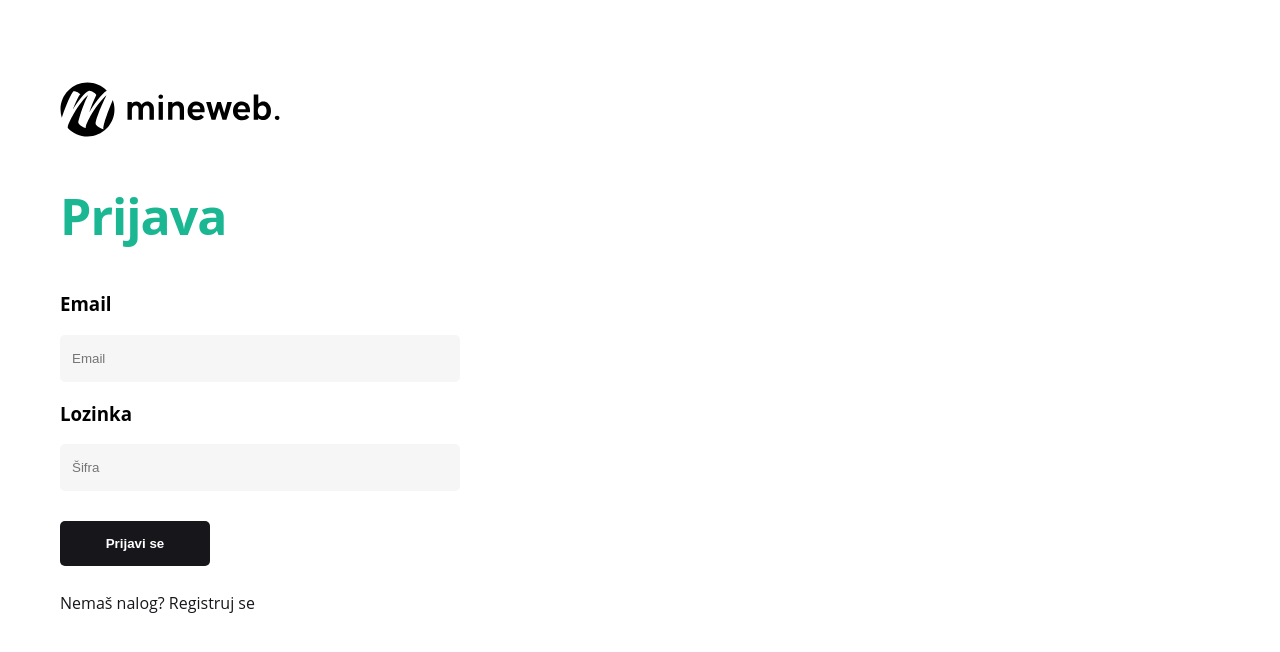
Repository: mihailomitrovic/taskmanager
Page: http://localhost/stranice/prijava.php
An editor plug-in stored every save of this project. The page is shown before and after the next save, followed by the edit.
The browser window is 1280 px wide. The pictures show the whole page.
The page is run by PHP 8.4 with error messages shown; the project is at /var/www/html/.

Above is the page before, as saved 2023-04-20 12:51:42.

### stranice/prijava.php
<?php

require("../konekcija/konekcija.php");
require("../modeli/korisnik.php");

session_start();
if(isset($_POST["button"])) {
    $email = $_POST["email"];
    $lozinka = $_POST["lozinka"];

    $korisnik = new Korisnik(1, "", "", $email, $lozinka);
    $odgovor = Korisnik::prijava($email, $konekcija);
    $rez = $odgovor->fetch_array(MYSQLI_ASSOC);
    $lozinka = $rez["lozinka"] ?? " ";
    $korisnikID = $rez["korisnikID"] ?? " ";

    if (!password_verify($_POST["lozinka"], $lozinka)) {
        echo '<script type="text/javascript">
               window.onload = function () { alert("Pogrešno uneti podaci!"); }
              </script>';
    } else {
        $_SESSION["korisnik"] = $korisnikID;
        setcookie("korisnik", $korisnikID, time() + 3600);
        header("Location: glavna.php");
        exit();
    }
}

?>

<!DOCTYPE html>
<html lang="en">
<head>
    <meta charset="UTF-8">
    <meta http-equiv="X-UA-Compatible" content="IE=edge">
    <meta name="viewport" content="width=device-width, initial-scale=1.0">
    <title>Task Manager - Prijava</title>
    <link href="../style/style.css" rel="stylesheet">
</head>
<body>
    <div id="content">
        <div id = "logocontainer_reg">
            <a href="pocetna.php"><img src="../slike/logo.svg" id="logo"></a>
        </div>

        <h2 id="crvena">Prijava</h2>

        <form class="container" method="post" action="" enctype="multipart/form-data">
            <h3>Email</h3>
            <input type="email" name="email" class="input" placeholder="Email" required>
            <h3>Lozinka</h3>
            <input type="password" name="lozinka" class="input" placeholder="Šifra" required>

            <div class="buttoncontainer">
                <button class="button" name="button" type="submit">Prijavi se</button>
            </div>

            <a href="registracija.php" class="reroute"><p>Nemaš nalog? Registruj se<p></a>
        </form>
    </div>
</body>
</html>

### konekcija/konekcija.php
<?php

$host = "localhost";
$user = "root";
$pass = "";
$db = "taskmanager";

$konekcija = mysqli_connect($host, $user, $pass, $db);

if ($konekcija->errno) {
    exit('Neuspešno povezivanje');
}

### modeli/korisnik.php
<?php

class Korisnik {
    public $korisnikID;
    public $ime;
    public $prezime;
    public $email;
    public $lozinka;

    public function __construct($korisnikID = null, $ime = null, $prezime = null, $email = null, $lozinka = null) {
        $this->korisnikID = $korisnikID;
        $this->ime = $ime;
        $this->prezime = $prezime;
        $this->email = $email;
        $this->lozinka = $lozinka;
    }

    public static function provera($korisnik, mysqli $konekcija)
    {
        $upit = "SELECT * FROM korisnik WHERE email = '$korisnik->email'";
        $korisnik = $konekcija->query($upit);
        return $korisnik;
    }

    public static function prijava($email, mysqli $konekcija) {
        $upit = "SELECT * FROM korisnik WHERE email = '$email'";
        $korisnik = $konekcija->query($upit);
        return $korisnik;
    }

    public static function registracija($ime, $prezime, $email, $lozinka, mysqli $konekcija) {
        $reg = $konekcija->prepare("INSERT INTO korisnik(ime, prezime, email, lozinka) VALUES (?,?,?,?)");
        $reg->bind_param("ssss", $ime, $prezime, $email, $lozinka);
        $reg->execute();
    }
}

?>

### style/style.css
@font-face {
    font-family: "Open Sans", sans-serif;
    src: url('https://fonts.googleapis.com/css2?family=Open+Sans:ital,wght@0,400;0,500;0,700;1,400;1,500&display=swap');
}

::-webkit-scrollbar {
    width: 2px;
}

::-webkit-scrollbar-track {
    border-radius: 10px;
}

::-webkit-scrollbar-thumb {
    background: #f7f7f7;
    border-radius: 10px;
}

.scroller:hover::-webkit-scrollbar-thumb {
    visibility:visible;
    cursor: pointer;
}

body {
    background-color: #ffffff;
    margin: 0;
    border: 0;
    padding: 0;
    font-family: "Open Sans", sans-serif;
    height: 100%;
}

html, body {
    height: 100%;
    overflow: hidden;
}

#logocontainer_reg {
    display: flex;
    width: 220px;
    position: static;
    margin-bottom: 50px;
}

#logo {
    height: 100%;
    width: 100%;
    object-fit: contain;
}

.container {
    display: flex;
    flex-direction: column;
    width: 400px;
}

.input {
    border-radius: 5px;
    height: 45px;
    background-color: #f6f6f6;
    border-width: 0;
}

input {
    text-indent: 10px;
}

.button {
    background: transparent;
    color: #ffffff;
    height: 45px;
    width: 150px;
    border-radius: 5px;
    font-weight: bold;
    border: none;
    cursor: pointer;
    position: relative;
    overflow: hidden;
}

.button::before {
    content: "";
    position: absolute;
    width: 0%;
    height: 100%;
    background-color: #1bb793;
    top: 0;
    left: 0;
    border-radius: 5px;
    z-index: 0;
    transition: all 0.3s;
    z-index: -1;
}

.button:hover:before {
    width: 100%;
}

h2 {
    color: #17161a;
}

h2.title {
    line-height: 1.05;
    letter-spacing: -0.02em;
    font-size: 70px;
    margin-bottom: 0;
}

h2:hover {
    cursor: default;
}

a {
    color: #17161a;
    text-decoration: none;
    margin-top: 20px;
}

a:hover {
    color: #6d6c6f;
}

#nosignupcontainer {
    margin: 0px 0px 40px 30px;
    width: 400px;
}

.buttoncontainer {
    position: relative;
    border-radius: 5px;
    background-color: #17161a;
    height: 45px;
    width: 150px;
    z-index: 0;
    margin-top: 30px;
}

/* POCETNA */

#content {
    margin: 60px 0px 0px 60px;
    flex: 1;
}

#buttonwrapper {
    display: flex;
    flex-direction: row;
    width: 350px;
    justify-content: space-between;
}

.button2 {
    background: transparent;
    color: #ffffff;
    height: 45px;
    width: 150px;
    border-radius: 5px;
    font-weight: bold;
    border: none;
    cursor: pointer;
    position: relative;
    overflow: hidden;
}

.button2::before {
    content: "";
    position: absolute;
    width: 0%;
    height: 100%;
    background-color: #eb7178;
    top: 0;
    right: 0;
    border-radius: 5px;
    z-index: 0;
    transition: all 0.3s;
    z-index: -1;
}

.button2:hover:before {
    width: 100%;
}

#titlecontainer {
    display: flex;
    flex-direction: column;
    justify-content: space-between;
    width: 100px;
    justify-content: space-between;
}

h2.title2 {
    line-height: 1.05;
    letter-spacing: -0.02em;
    font-size: 70px;
    -webkit-text-fill-color: transparent;
    -webkit-text-stroke: 1.3px;
    margin-top: 0;
    margin-bottom: 20px;
}

#content_pocetna {
    margin: 0px 0px 0px 0px;
    display: flex;
    flex-direction: row;
    justify-content: space-between;
    height: 100%;
}

.swirl {
    width: 1400px;
    height: 850px;
    z-index: -1;
}

#logocontainer {
    display: flex;
    width: 220px;
    position: static;
    margin-bottom: 150px;
}

/* REGISTRACIJA */

#zelena {
    line-height: 1.05;
    letter-spacing: -0.02em;
    font-size: 50px;
    margin-bottom: 30px;
    color: #eb7178;
}

/* PRIJAVA */

#logolink {
    margin-top: 0;
}

#crvena {
    line-height: 1.05;
    letter-spacing: -0.02em;
    font-size: 50px;
    margin-bottom: 30px;
    color: #1bb793;
}

.button2b {
    background: transparent;
    color: #ffffff;
    height: 45px;
    width: 150px;

    border-radius: 5px;
    font-weight: bold;
    border: none;
    cursor: pointer;
    position: relative;
    overflow: hidden;
}

.button2b::before {
    content: "";
    position: absolute;
    width: 0%;
    height: 100%;
    background-color: #eb7178;
    top: 0;
    left: 0;
    border-radius: 5px;
    z-index: 0;
    transition: all 0.3s;
    z-index: -1;
}

.button2b:hover:before {
    width: 100%;
}

.reroute {
    margin-top: 10px;
}

/* NAVIGACIJA */

#logocontainer_nav {
    width: 150px;
}

nav {
    display: flex;
    flex-direction: row;
    margin: 20px 30px 30px 30px;
    justify-content: space-between;
}

#linkovi {
    display: flex;
    flex-direction: row;
    justify-content: space-between;
    width: 30%;
    text-align: center;
}

ul {
    list-style-type: none;
    font-size: 18px;
}

#buttoncontainernav {
    border-radius: 5px;
    background-color: #17161a;
    height: 45px;
    width: 150px;
    z-index: 0;
}

/* GLAVNA */

.filterdiv {
    display: flex;
    flex-direction: column;
    position: absolute;
    right: 0;
    margin: 300px 200px 0px 50px;
    width: 500px;
}

.zadaci {
    border-radius: 5px;
    margin-top: 10px;
    background-color: #ffffff;
    display: flex;
    mask-image: linear-gradient(to bottom, transparent 0%, black 48px, black calc(100% - 48px), transparent 100%);
}

table {
    width: 100%;
    border-collapse: collapse;
    color: #17161a;
    background-color: #ffffff;
    height: 250px;
    display: block;
    overflow-y: auto;
    mask-image: linear-gradient(to bottom, transparent 0%, black 48px, black calc(100% - 48px), transparent 100%);
}

table tbody {
    display: table;
    width: 100%;
    overflow-y: auto;
}

td {
    border-bottom: 0.5pt solid #6d6c6f;
    width: 100%;
}

td {
    background-color: #ffffff;
}

th {
    text-align: left;
    border: none;
    width: 100%;
    color: #1bb793;
}

tbody > tr:hover td {
   background-color: #f7f7f7;
   color: #17161a;
   cursor: pointer;
}

h5 {
    margin: 5px 0px 5px 0px;
}

h6 {
    font-size: small;
    font-weight: 500;
    color: #6d6c6f;
    margin: 0px 0px 5px 0px;
    border-bottom: #6d6c6f;
}

::-webkit-scrollbar {
    width: 5px;

}

#zelenah3 {
    line-height: 1.05;
    letter-spacing: -0.02em;
    font-size: 35px;
    margin-bottom: 10px;
    color: #eb7178;
}

#crvenah3 {
    line-height: 1.05;
    letter-spacing: -0.02em;
    font-size: 35px;
    margin-bottom: 10px;
    color: #1bb793;
}

.containerwrapper {
    display: flex;
    flex-direction: row;
}

.data {
    margin: 80px 60px 0px 80px;
    position: relative;
    background-color: #a1a1a1;
    border-radius: 5px;
    display: flex;
    flex-direction: row;
    justify-content: space-between;
    height: 400px;
    width: 1100px;
}

.naslovdetalji {
    color: #f7f7f7;
    margin-left: 20px;
}

.opisdetalji {
    color: #f7f7f7;
    margin-left: 20px;
    padding-bottom: 10px;
    border-bottom: 1pt solid #f7f7f7;
    width: 420px;
}

.kategorijadetalji {
    color: #3a3a3a;
    margin: 0px 0px 30px 20px;
}

.kategorijadetalji span {
    background-color: #f7f7f7;
    padding: 8px;
    border-radius: 5px;
}

.detaljilevo {
    display: flex;
    flex-direction: column;
    justify-content: space-between;
}

.detaljilevosub {
    min-width: 300px;
}

.datum {
    color: #f7f7f7;
    margin-left: 20px;
    font-weight: normal;
}

#buttonwrapperdetalji {
    display: flex;
    flex-direction: row;
    width: 320px;
    margin: 0px 0px 20px 20px;
    justify-content: space-between;
}

.dugmedetalji {
    background-color: #f7f7f7;
    color: #3a3a3a;
    height: 45px;
    width: 150px;
    border-radius: 5px;
    font-weight: bold;
    border: none;
    cursor: pointer;
    position: relative;
    overflow: hidden;
}

.dugmedetalji:hover {
    opacity: 0.8;
}

.slikacontainer {
    min-width: 50%;
    min-height: 100%;
    display: flex;
    justify-content: center;
    align-items: center;
    margin-right: 20px;
}

.slikawrap {
    height: 280px;
    display: flex;
    justify-content:center;
    align-items:center;
    overflow:hidden;
    border: 3pt solid #f7f7f7;
    border-radius: 5px;
}

.slikawrap img {
    flex-shrink:0;
    -webkit-flex-shrink: 0;
    max-width:100%;
    max-height:100%;
}

/* DODAJ ZADATAK */

h4 {
    font-weight: 500;
}

textarea {
    font-family: "Open Sans", sans-serif;
    src: url('https://fonts.googleapis.com/css2?family=Open+Sans:ital,wght@0,400;0,500;0,700;1,400;1,500&display=swap');
    background-color: #f6f6f6;
    border: none;
    resize: none;
    height: 150px;
    padding: 10px;
    border-radius: 5px;
}

.container_unos {
    margin: 60px 0px 0px 60px;
    display: flex;
    flex-direction: column;
    width: 400px;
}

select {
    -webkit-appearance: none;
    appearance: none;
    border-radius: 5px;
    height: 45px;
    background-color: #f6f6f6;
    border-width: 0;
    text-indent: 10px;
    background-image: url("../slike/arrow.svg");
    background-size: 24px;
    background-repeat: no-repeat;
    background-position: calc(100% - 8px) center;
}

select:hover {
    cursor: pointer;
}

select:invalid {
  color: #757575;
}

.file_text {
    border-radius: 5px;
    height: 45px;
    background-color: #f6f6f6;
    border-width: 0;
    background-image: url("../slike/add.svg");
    background-size: 24px;
    background-repeat: no-repeat;
    background-position: calc(100% - 8px) center;
    color: #757575;
    display: flex;
    align-items: center;
    font-size: small;
    text-indent: 10px;
}

.file_text:hover {
    cursor: pointer;
}

#file_upload {
    opacity: 0;
    position: absolute;
    z-index: -1;
}

/* IZMENI */

.skriveno {
    display: hidden;
    flex-direction: column;
    width: 100%;
}

.status {
    display: flex;
    flex-direction: row;
}

.container_izmena {
    margin: 60px 0px 0px 60px;
    display: flex;
    flex-direction: row;
    width: 800px;
}

#levo {
    width: 400px;
    display: flex;
    flex-direction: column;
}

#desno {
    width: 400px;
    display: flex;
    flex-direction: column;
    margin-left: 100px;
}

.opcija {
    background-color: red;
}

label {
    margin-right: 20px;
}

### slike/logo.svg
<?xml version="1.0" encoding="utf-8"?>
<!-- Generator: Adobe Illustrator 25.4.1, SVG Export Plug-In . SVG Version: 6.00 Build 0)  -->
<svg version="1.1" id="Layer_1" xmlns="http://www.w3.org/2000/svg" xmlns:xlink="http://www.w3.org/1999/xlink" x="0px" y="0px"
	 width="423.6px" height="105.6px" viewBox="0 0 423.6 105.6" style="enable-background:new 0 0 423.6 105.6;" xml:space="preserve"
	>
<g>
	<path d="M84.2,90.9c-5.6-1-15.6-7.4-15.6-10.8c0-8.9,14.9-44.1,21-54.8c-8.9,7.4-19.2,20.5-27.3,33.9c-4.1,6.7-12.8,22.6-12.8,28.2
		c0,0.6,0.1,1.1,0.2,1.2c-5.6-1-14.4-7.4-14.4-10.8c0-3.1,9.1-34.8,19.1-52.7C47.9,29.5,35,46.1,27.3,59.4
		c-2.4,4-12.4,21.6-12.4,27.3c0,0.5,0,1.1,0.1,1.5c9.5,10.2,23,16.5,38,16.5c28.7,0,51.9-23.2,51.9-51.9c0-6.4-1.2-12.6-3.3-18.2
		C93.7,53.1,80.5,88.1,84.2,90.9z"/>
	<path d="M27.1,17.8c4.5,0,12,5,11.9,6.1c-1.9,0.1-8.6,14.1-14.4,29c9.5-15.4,23.2-33.4,30.5-35.8c4.5-1.5,14.1,5.2,14.8,7.9
		C64.8,35.3,60,47.6,56.2,58.6c8.1-14.8,24.4-37.2,33.9-42C80.7,6.9,67.5,0.9,52.9,0.9C24.2,0.9,1,24.1,1,52.8
		c0,5.6,0.9,11,2.5,16.1C7.9,54.6,17.9,28.5,25,18.7C25.4,18.1,26.3,17.8,27.1,17.8z"/>
	<path d="M178.9,43.8c-0.7-1.2-1.5-2.3-2.5-3.2c-1-0.9-2.2-1.6-3.6-2.2c-1.4-0.5-3-0.8-4.7-0.8c-2.3,0-4.5,0.5-6.4,1.5
		c-2,1-3.6,2.5-4.9,4.5c-2.3-4-5.5-6-9.7-6c-3.7,0-6.6,1.4-8.8,4.2v-3.5H130v34.3h8.4V53.7c0-2.4,0.7-4.4,2-6
		c1.3-1.6,3.1-2.4,5.3-2.4c1,0,1.9,0.2,2.7,0.6c0.7,0.4,1.3,0.9,1.7,1.7c0.4,0.7,0.7,1.5,0.8,2.4c0.2,0.9,0.3,1.8,0.3,3v19.7h8.5
		V53.7c0-2.4,0.6-4.4,1.9-6c1.3-1.6,3-2.4,5.2-2.4c3.7,0,5.5,2.6,5.5,7.7v19.6h8.5V52c0-1.5-0.2-2.9-0.5-4.3
		C180.1,46.3,179.6,45,178.9,43.8z"/>
	<rect x="189.9" y="38.3" width="8.2" height="34.3"/>
	<path d="M194,24c-1.2,0-2.3,0.4-3.2,1.2c-0.9,0.8-1.3,1.8-1.3,2.9c0,1.2,0.4,2.1,1.3,2.9c0.9,0.8,1.9,1.2,3.2,1.2
		c0.8,0,1.6-0.2,2.2-0.6c0.7-0.4,1.2-0.9,1.6-1.5c0.4-0.6,0.6-1.3,0.6-2.1c0-1.1-0.4-2.1-1.3-2.9C196.3,24.4,195.2,24,194,24z"/>
	<path d="M237.1,43.8c-0.6-1.3-1.4-2.3-2.4-3.3c-0.9-0.9-2.1-1.6-3.5-2.2c-1.4-0.5-3-0.8-4.7-0.8c-1.2,0-2.4,0.2-3.5,0.5
		c-1.2,0.3-2.3,0.8-3.5,1.5c-1.2,0.7-2.2,1.6-3.1,2.7v-4h-8.2v34.3h8.2V53.8c0-2.9,0.7-5,2-6.4c1.4-1.4,3.3-2.1,5.7-2.1
		c2.1,0,3.7,0.7,4.8,2.1c1.1,1.4,1.7,3.3,1.7,5.6v19.5h8.2V52c0-1.5-0.1-2.9-0.4-4.3C238.2,46.4,237.7,45.1,237.1,43.8z"/>
	<path d="M276.4,45.5c-0.8-1.5-1.8-2.9-2.9-4.1c-1.2-1.2-2.7-2.1-4.6-2.8c-1.9-0.7-3.9-1.1-6.3-1.1c-1.6,0-3.1,0.2-4.6,0.5
		c-1.4,0.3-2.7,0.8-3.8,1.5c-1.1,0.6-2.1,1.4-3.1,2.3c-0.9,0.9-1.7,1.8-2.4,2.9c-0.6,1-1.2,2.2-1.7,3.4s-0.8,2.4-1,3.7
		c-0.2,1.2-0.3,2.5-0.3,3.8c0,1.3,0.1,2.6,0.3,3.9c0.2,1.3,0.6,2.5,1.1,3.7c0.5,1.2,1.1,2.3,1.7,3.3c0.7,1,1.5,2,2.5,2.8
		c1,0.8,2,1.6,3.2,2.2c1.2,0.6,2.5,1.1,3.9,1.4c1.5,0.3,3,0.5,4.7,0.5c5.7,0,10.3-2.1,14.1-6.2l-5.8-5c-2.2,2.4-4.9,3.6-8.2,3.6
		c-4.9,0-7.8-2.5-8.6-7.5h23.6c0.2-0.6,0.3-1.7,0.3-3.3c0-1.6-0.2-3.2-0.5-4.7C277.7,48.6,277.2,47,276.4,45.5z M254.7,52.1
		c0.9-5,3.5-7.5,7.9-7.5c2.2,0,3.9,0.6,5.3,1.9c1.3,1.3,2.1,3.2,2.4,5.6H254.7z"/>
	<polygon points="316.2,59.7 309.7,38.3 302.6,38.3 296,59.8 290.2,38.3 281.3,38.3 291.8,72.7 299.4,72.7 306.2,50.2 312.9,72.6
		320.4,72.6 331,38.3 322.1,38.3 	"/>
	<path d="M363.8,45.5c-0.8-1.5-1.8-2.9-2.9-4.1c-1.2-1.2-2.7-2.1-4.6-2.8c-1.9-0.7-3.9-1.1-6.3-1.1c-1.6,0-3.1,0.2-4.6,0.5
		c-1.4,0.3-2.7,0.8-3.8,1.5c-1.1,0.6-2.1,1.4-3.1,2.3c-0.9,0.9-1.7,1.8-2.4,2.9c-0.6,1-1.2,2.2-1.7,3.4c-0.5,1.2-0.8,2.4-1,3.7
		c-0.2,1.2-0.3,2.5-0.3,3.8c0,1.3,0.1,2.6,0.3,3.9c0.2,1.3,0.6,2.5,1.1,3.7c0.5,1.2,1.1,2.3,1.7,3.3c0.7,1,1.5,2,2.5,2.8
		c1,0.8,2,1.6,3.2,2.2c1.2,0.6,2.5,1.1,3.9,1.4c1.5,0.3,3,0.5,4.7,0.5c5.7,0,10.3-2.1,14.1-6.2l-5.8-5c-2.2,2.4-4.9,3.6-8.2,3.6
		c-4.9,0-7.8-2.5-8.6-7.5h23.6c0.2-0.6,0.3-1.7,0.3-3.3c0-1.6-0.2-3.2-0.5-4.7C365.1,48.6,364.6,47,363.8,45.5z M342.1,52.1
		c0.9-5,3.5-7.5,7.9-7.5c2.2,0,3.9,0.6,5.3,1.9s2.1,3.2,2.4,5.6H342.1z"/>
	<path d="M403.7,45c-0.8-1.5-1.8-2.8-3-3.9c-1.2-1.1-2.5-2-4.1-2.6c-1.6-0.6-3.3-0.9-5.2-0.9c-1.9,0-3.7,0.3-5.4,1
		c-1.7,0.7-3.1,1.7-4.2,3.1V24H373v48.5h8.7v-3.4c1.1,1.4,2.6,2.4,4.3,3.1s3.5,1,5.5,1c1.5,0,3-0.2,4.4-0.7c1.4-0.4,2.6-1.1,3.6-1.8
		c1.1-0.8,2-1.7,2.9-2.8c0.8-1.1,1.5-2.3,2.1-3.6c0.5-1.3,1-2.7,1.3-4.2c0.3-1.5,0.4-3,0.4-4.6c0-1.9-0.2-3.8-0.6-5.5
		C405.1,48.1,404.5,46.5,403.7,45z M396.9,60.6c-0.6,1.5-1.5,2.7-2.8,3.6c-1.3,0.9-2.9,1.4-4.7,1.4c-1.9,0-3.5-0.5-4.8-1.4
		c-1.3-0.9-2.2-2.1-2.8-3.6c-0.6-1.5-0.9-3.2-0.9-5.2c0-2,0.3-3.7,0.9-5.2c0.6-1.5,1.5-2.7,2.8-3.7s2.9-1.4,4.8-1.4
		c1.4,0,2.6,0.3,3.7,0.8c1.1,0.5,2,1.3,2.6,2.2c0.7,0.9,1.2,2,1.5,3.3c0.3,1.2,0.5,2.6,0.5,4C397.7,57.4,397.5,59.1,396.9,60.6z"/>
	<path d="M421.3,66c-0.9-0.8-1.9-1.2-3.2-1.2c-1.2,0-2.3,0.4-3.2,1.2c-0.9,0.8-1.3,1.8-1.3,2.9c0,1.2,0.4,2.1,1.3,2.9
		c0.9,0.8,1.9,1.2,3.2,1.2c0.8,0,1.6-0.2,2.2-0.6c0.7-0.4,1.2-0.9,1.6-1.5c0.4-0.6,0.6-1.3,0.6-2.1C422.6,67.8,422.2,66.8,421.3,66z
		"/>
</g>
</svg>

After the next save:
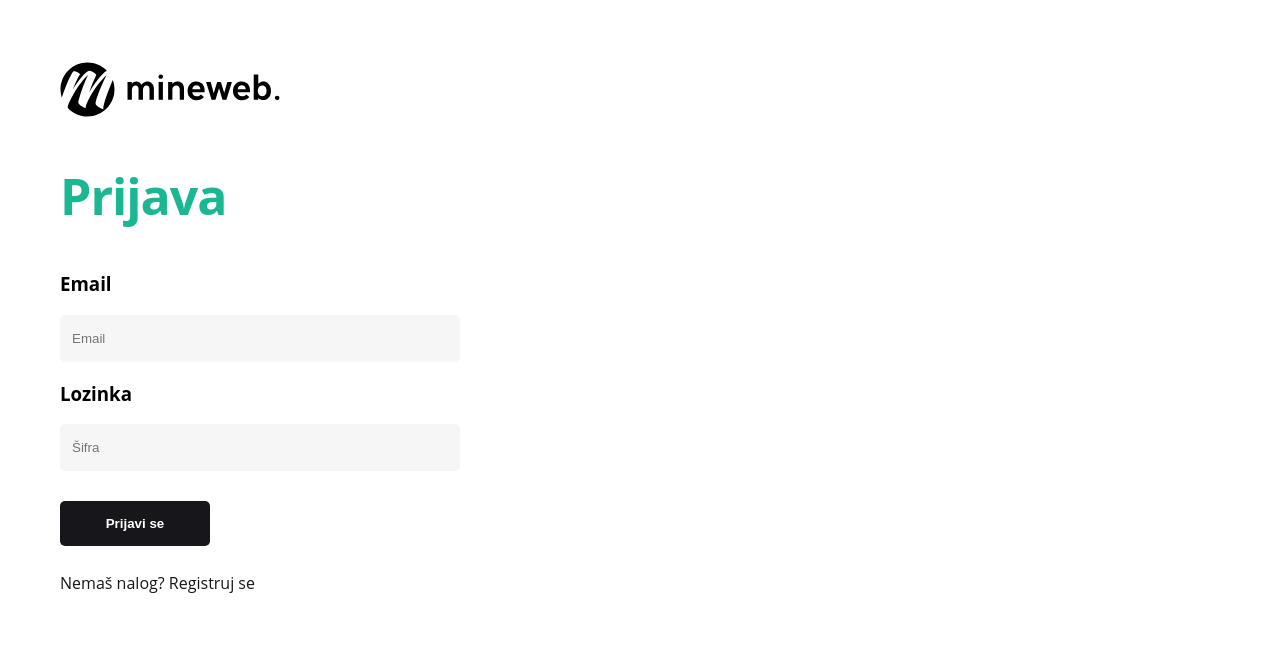
Saved 1 s later.
--- a/stranice/prijava.php
+++ b/stranice/prijava.php
@@ -40,7 +40,7 @@ if(isset($_POST["button"])) {
 <body>
     <div id="content">
         <div id = "logocontainer_reg">
-            <a href="pocetna.php"><img src="../slike/logo.svg" id="logo"></a>
+            <a href="pocetna.php" id="logolink"><img src="../slike/logo.svg" id="logo"></a>
         </div>
 
         <h2 id="crvena">Prijava</h2>
